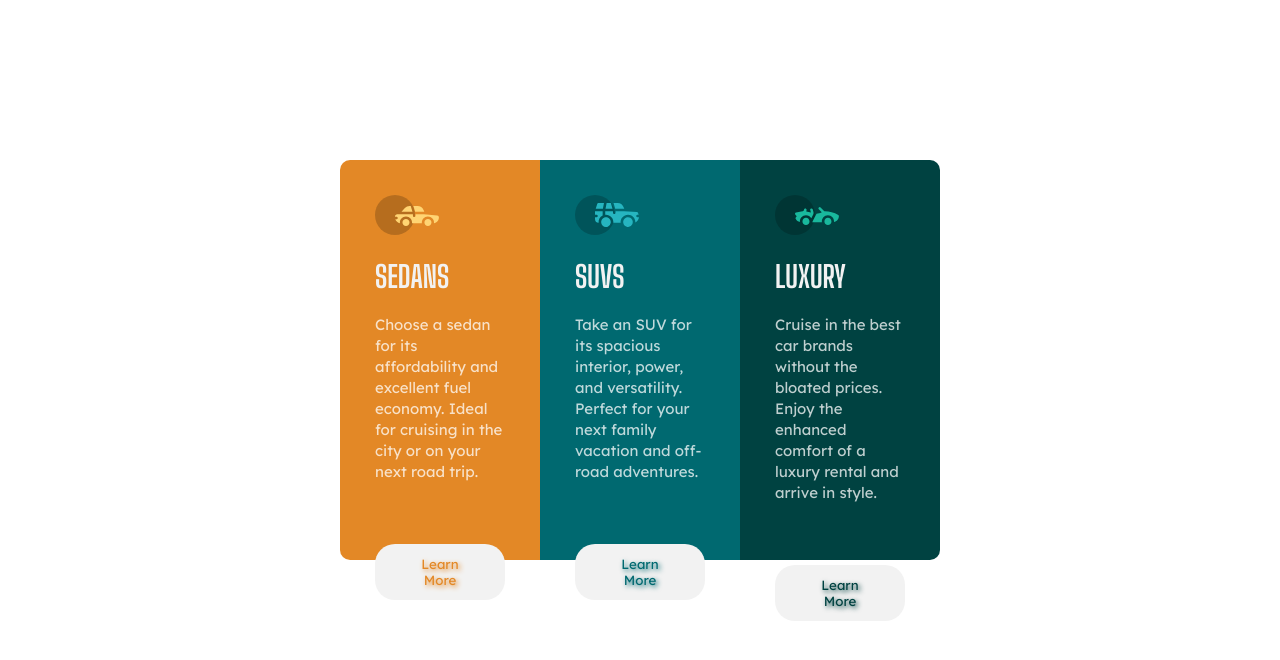
Repository: thaibaocoder1/3-column-card
Page: index.html
An editor plug-in stored every save of this project. The page is shown before and after the next save, followed by the edit.
The browser window is 1280 px wide. The pictures show the whole page.

Above is the page before, as saved 2023-01-11 21:18:10.

After the next save:
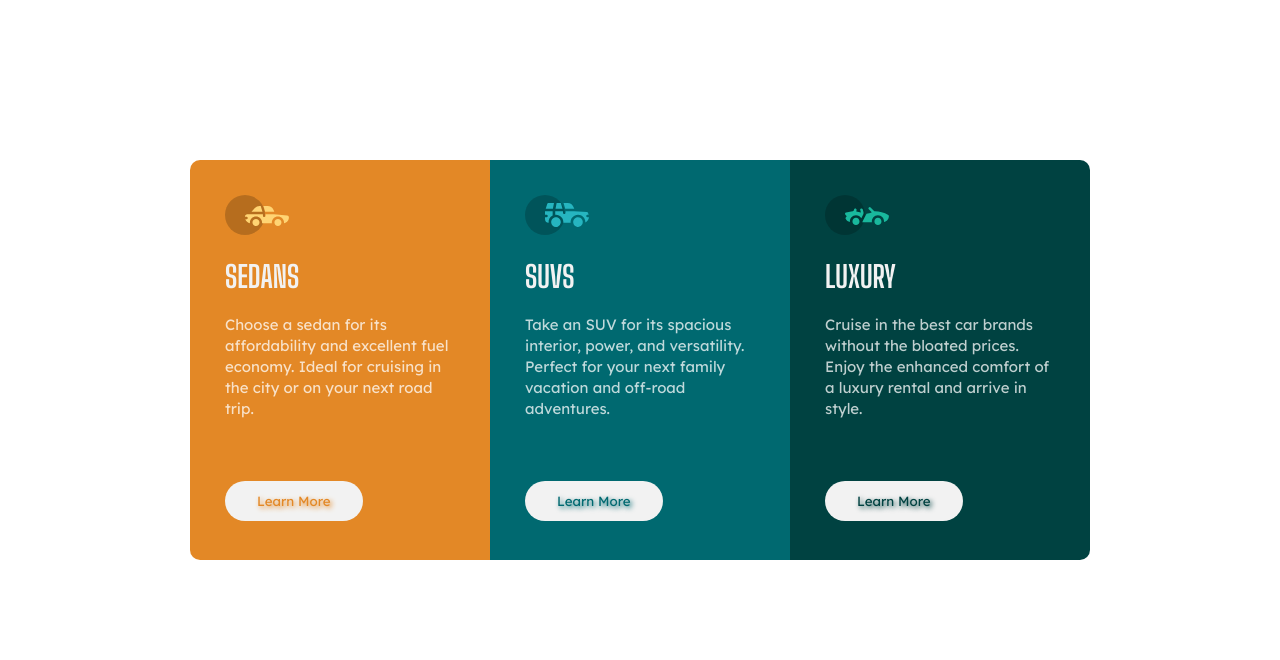
Saved 7 s later.
--- a/styles.css
+++ b/styles.css
@@ -33,7 +33,7 @@
 }
 .container .container__box {
     padding: 3.5rem;
-    max-width: 20rem;
+    max-width: 30rem;
 }
 .container .container__box--one {
     background-color: var(--bright-orange);
